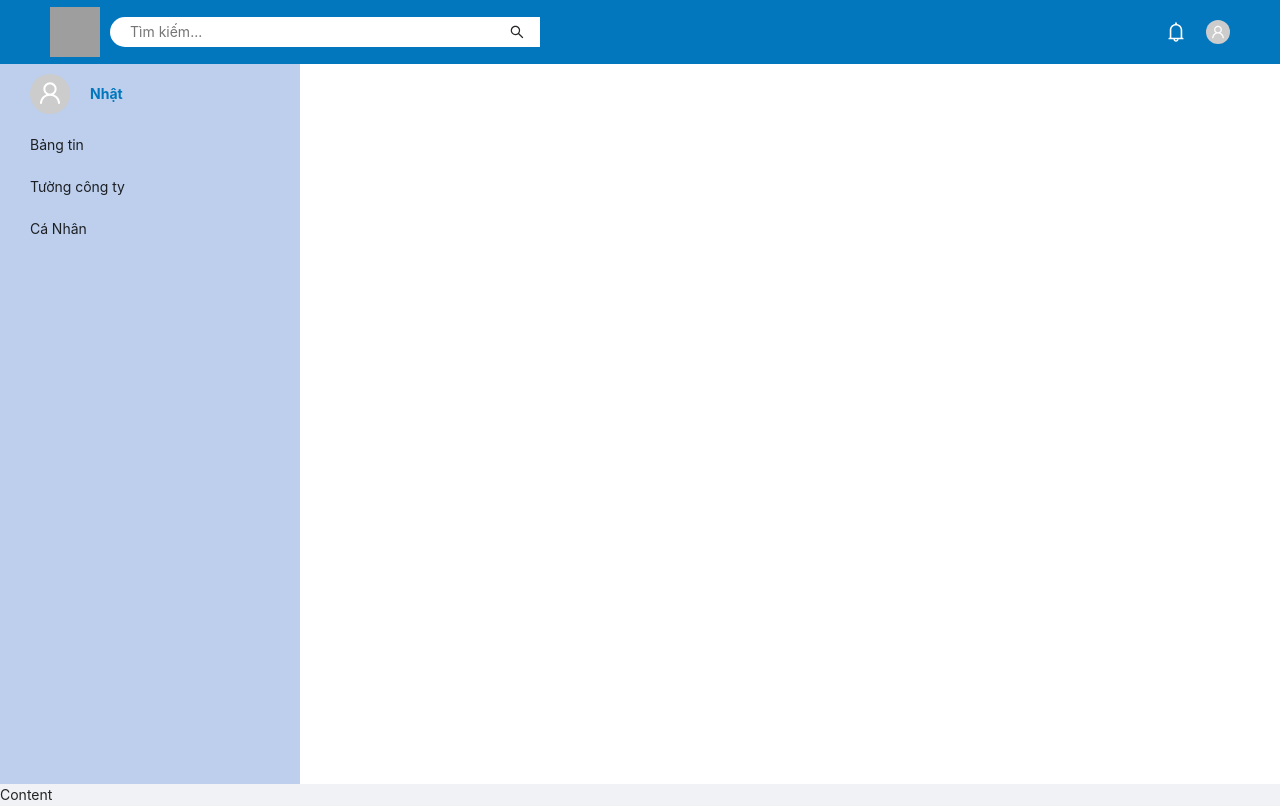
Repository: baonhat27/SocialNetwork_FE
Page: /home
An editor plug-in stored every save of this project. The page is shown before and after the next save, followed by the edit.
The browser window is 1280 px wide. The pictures show the whole page.
Pictures or frames that could not be fetched are drawn as grey boxes. The project was rebuilt for these pictures with package versions that can differ from the ones it lists, and the page was loaded fresh each time. Also part of the build but not shown: src/containers/home/component/HomeComponent.module.css, src/containers/loginPage/component/LoginPageComponent.module.css, src/components/Input/Input.module.css, src/components/Input/Input.js, src/components/Button/Button.module.css, src/components/Button/Button.js, src/containers/loginPage/component/LoginPageComponent.js, src/containers/loginPage/LoginPageContainer.js.

Above is the page before, as saved 2022-03-09 22:00:27.

### public/index.html
<!DOCTYPE html>
<html lang="en">
  <head>
    <meta charset="utf-8" />
    <link rel="icon" href="%PUBLIC_URL%/favicon.ico" />
    <meta name="viewport" content="width=device-width, initial-scale=1" />
    <meta name="theme-color" content="#000000" />
    <meta
      name="description"
      content="Web site created using create-react-app"
    />
    <link rel="apple-touch-icon" href="%PUBLIC_URL%/logo192.png" />
    <!--
      manifest.json provides metadata used when your web app is installed on a
      user's mobile device or desktop. See https://developers.google.com/web/fundamentals/web-app-manifest/
    -->
    <link rel="manifest" href="%PUBLIC_URL%/manifest.json" />
    <!--
      Notice the use of %PUBLIC_URL% in the tags above.
      It will be replaced with the URL of the `public` folder during the build.
      Only files inside the `public` folder can be referenced from the HTML.

      Unlike "/favicon.ico" or "favicon.ico", "%PUBLIC_URL%/favicon.ico" will
      work correctly both with client-side routing and a non-root public URL.
      Learn how to configure a non-root public URL by running `npm run build`.
    -->
    <title>Social network</title>
  </head>
  <body>
    <noscript>You need to enable JavaScript to run this app.</noscript>
    <div id="root"></div>
    <!--
      This HTML file is a template.
      If you open it directly in the browser, you will see an empty page.

      You can add webfonts, meta tags, or analytics to this file.
      The build step will place the bundled scripts into the <body> tag.

      To begin the development, run `npm start` or `yarn start`.
      To create a production bundle, use `npm run build` or `yarn build`.
    -->
  </body>
</html>

### src/index.js
import React from 'react';
import ReactDOM from 'react-dom';
import './index.css';
import App from './App';
import 'antd/dist/antd.min.css'
import reportWebVitals from './reportWebVitals';
import { BrowserRouter } from 'react-router-dom';

ReactDOM.render(
  <React.StrictMode>
    <BrowserRouter>
      <App />
    </BrowserRouter>
  </React.StrictMode>,
  document.getElementById('root')
);

// If you want to start measuring performance in your app, pass a function
// to log results (for example: reportWebVitals(console.log))
// or send to an analytics endpoint. Learn more: https://bit.ly/CRA-vitals
reportWebVitals();

### src/App.js
import { Route,Switch } from 'react-router-dom';
import './App.css';
import HeaderContainer from './containers/header/HeaderContainer';
import HomeContainer from './containers/home/HomeContainer';
import LoginPageContainer from './containers/loginPage/LoginPageContainer';
function App() {
  return (
    <div className="App">
      <Switch>
        <Route path='/login'>
          <LoginPageContainer/>
        </Route>
        <Route path="/home">
            <HeaderContainer/>
            <HomeContainer/>
        </Route>
      </Switch>
    </div>
  );
}

export default App;

### src/containers/header/HeaderContainer.js
import React from 'react';
import HeaderComponent from './component/HeaderComponent';

const HeaderContainer = () => {
    return (
        <HeaderComponent></HeaderComponent>
    );
};

export default HeaderContainer;

### src/containers/home/HomeContainer.js
import HomeComponent from "./component/HomeComponent"
import React from 'react';

const HomeContainer = () => {
    return (
        <div>
            <HomeComponent/>
        </div>
    );
};

export default HomeContainer;

### src/containers/header/component/HeaderComponent.js
import React from 'react';
import { Layout} from "antd";
import { Avatar } from 'antd';
import { UserOutlined, BellOutlined  } from '@ant-design/icons';
import styles from "./header.module.css"
import Search from '../../../components/Search/Search';


const { Header } = Layout;


const HeaderComponent = () => {
    return (
        <Header className={styles.header}>
            <div class={styles.header_left}>
                <img className={styles.img_logo}
                    src='https://images.yourstory.com/cs/images/companies/484073261089321671237850235461832427438080n-1609922812339.png'
                />
                <Search/>
            </div>
            <div class={styles.header_right}>
                <BellOutlined
                    style={{fontSize: '20px', color:'white'}}
                />
                <Avatar size="small" icon={<UserOutlined />} style={{marginLeft: 20,marginRight: 0}} />
            </div>
        </Header>
    );
};

export default HeaderComponent;

### src/containers/home/component/HomeComponent.js
import styles from "./HomeComponent.module.css"
import React from "react";
import { Layout, Avatar } from "antd";
import { UserOutlined } from "@ant-design/icons";
import SiderComponent from "../../sider/component/SiderComponent";

const {  Content } = Layout;

const HomeComponent = (props) => {
    return (
        <div>
            <SiderComponent/>
            <Layout>
                <Content>Content</Content>
            </Layout>
        </div>
    );
};

export default HomeComponent;

### src/containers/header/component/header.module.css
.header{
    background-color: #0277bd !important;
    display: flex;
    justify-content: space-between;
    align-items: center;
}
.header_left{
    display: flex;
    align-items: center;
}
.header_right{
    display: flex;
    align-items: center;
}
.search {
    margin-left: 50px;
    width: 400px !important;
}
.img_logo{
    width: 50px;
    height: 50px;
    background-size: cover;
}

### src/components/Search/Search.js
import React from 'react';
import './Search.css'
import { SearchOutlined } from '@ant-design/icons';

const Search = () => {
    return (
    <>
        <input
            placeholder='Tìm kiếm...'
            className='inputSearch'
        />
        <SearchOutlined
            className='iconSearch'
        />

    </>
    );
};

export default Search;

### src/containers/sider/component/SiderComponent.js
import React from 'react';
import styles from './Sider.module.css'
import {  Avatar } from "antd";
import { UserOutlined } from "@ant-design/icons";


const SiderComponent = (props) => {
    return (
        <div className={styles.sider}>
            <div className={`${styles.user_info} ${styles.sider_item}`}>
                    <Avatar size="large" icon={<UserOutlined/>}></Avatar>
                    <div className={styles.user_name}> Nhật</div>
            </div>
            <div className={styles.sider_item}>
                Bảng tin
            </div>
            <div className={styles.sider_item}>Tường công ty</div>
            <div className={styles.sider_item}>Cá Nhân</div>
        </div>
    );
};

export default SiderComponent;

### src/components/Search/Search.css
.inputSearch{
    border: none;
    border-top-left-radius: 20px;
    border-bottom-left-radius: 20px;
    width: 400px;
    height: 30px;
    margin-left: 10px;
    padding-left: 20px;
}
.iconSearch{

    background-color: white;
    height: 30px;
    width: 30px;
    display: flex;
    padding: 8px 0px;
}
.iconSearch:hover{
    cursor: pointer;
}

### src/containers/sider/component/Sider.module.css
.sider{
    background-color: #bdcfec !important;
    height: 100vh;
    display: flex;
    width: 300px;
    display: flex;
    flex-direction: column;
}
.sider_item{
    margin: 10px 0px 10px 30px;
}
.sider_item:hover{
    cursor: pointer;
    opacity: 75%;
    background-color: #0277bd;
}
.user_info{
    display: flex;
}
.user_name{
    margin-left: 20px;
    color: #0277bd;
    font-weight: 700;
    display: flex;
    align-items: center;
}

Loaded but not shown: src/index.css (common file); src/reportWebVitals.js (common file); src/App.css (no stored copy; drawn as an empty file)

After the next save:
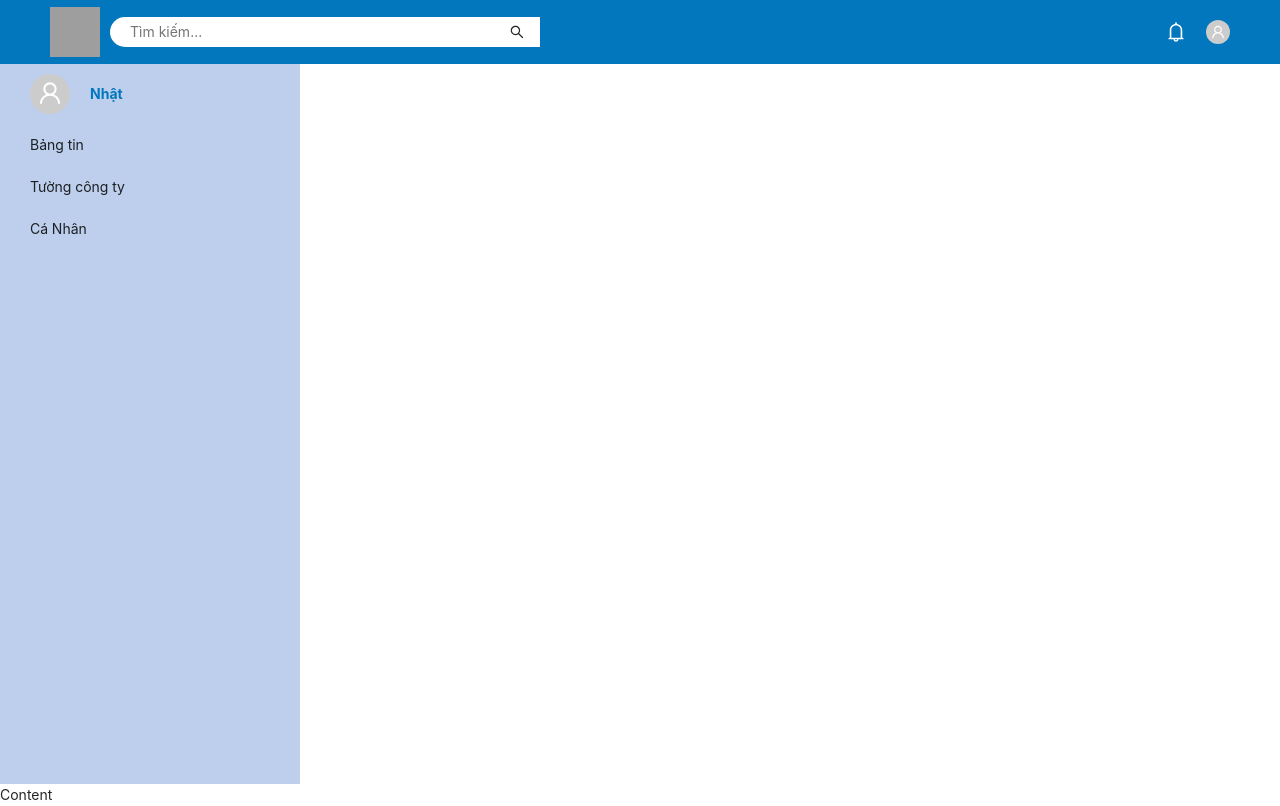
Saved 25 s later.
--- a/src/containers/home/component/HomeComponent.js
+++ b/src/containers/home/component/HomeComponent.js
@@ -10,9 +10,7 @@ const HomeComponent = (props) => {
     return (
         <div>
             <SiderComponent/>
-            <Layout>
-                <Content>Content</Content>
-            </Layout>
+            <Content>Content</Content>
         </div>
     );
 };
